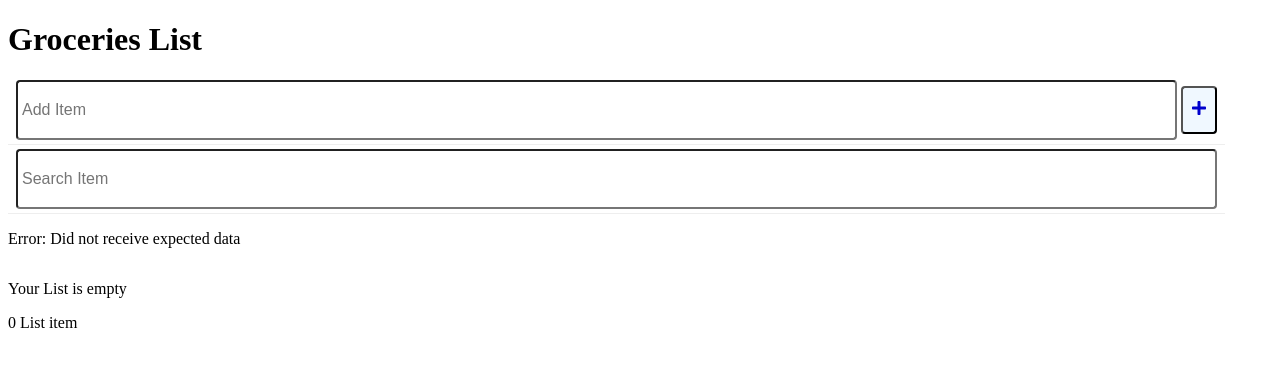
Repository: akinmiday/react-series
Page: /
An editor plug-in stored every save of this project. The page is shown before and after the next save, followed by the edit.
The browser window is 1280 px wide. The pictures show the whole page.
The page's requests for data from a server got no answer. The project was rebuilt for these pictures with package versions that can differ from the ones it lists, and the page was loaded fresh each time. No one was signed in, and anything a server would have sent is missing. Also part of the build but not shown: vite.config.js, src/LineItem.jsx, src/ItemList.jsx, src/index.css.

Above is the page before, as saved 2023-08-22 15:03:25.

### src/App.jsx
import { useState, useEffect } from 'react'
import './App.css'
import Content from './Content'
import Footer from './Footer'
import Header from './Header'
import AddItem from './AddItem'
import SearchItem from './SearchItem'

const App = () => {

  const API_URL = 'http://localhost:3500/itemss'

  const [items, setItems] = useState([])
  const [newItem, setNewItem] = useState('')
  const [search, setSearch] = useState('')
  const [fetchError, setFetchError] = useState(null)


  useEffect(() => {

    const fetchItems = async () => {
      try {
        const response = await fetch(API_URL)
        if (!response.ok) throw Error('Did not receive expected data')
        const listItems = await response.json()
        console.log(listItems)
        setItems(listItems)
        setFetchError(null)
      } catch (err) {
        setFetchError(err.message)
      }
    }

    (async () => await fetchItems())()
  }, [])



  const addItem = (item) => {
    const id = items.length ? items[items.length - 1].id + 1 : 1;
    const myNewItem = { id, checked: false, item }
    const listItems = [...items, myNewItem]
    setItems(listItems)
  }


  const handleCheck = (id) => {
    const listItems = items.map((item) => item.id === id ? { ...item, checked: !item.checked } : item)
    setItems(listItems)
  }


  const handleDelete = (id) => {
    const listItems = items.filter((item) => item.id !== id)
    setItems(listItems)
  }


  const handleSubmit = (e) => {
    e.preventDefault()
    if (!newItem) return
    addItem(newItem)
    setNewItem('')
  }

  return (
    <>
      <Header title="Groceries List" />

      <AddItem
        newItem={newItem}
        setNewItem={setNewItem}
        handleSubmit={handleSubmit}
      />

      <SearchItem
        search={search}
        setSearch={setSearch}
      />

      <main>
        {fetchError && <p>{`Error: ${fetchError}`}</p>}
        <Content
          items={items.filter(item => ((item.item).toLowerCase()).includes(search.toLowerCase()))}
          handleCheck={handleCheck}
          handleDelete={handleDelete}
        />
      </main>
      <Footer length={items.length} />
    </>
  )
}

export default App

### src/App.css
ul {
    width: 95%;
    list-style: none;
    padding: 0 0.25rem 0.25rem;
}

ul li::before{
    content: "\200B";
}

.item{
    display: flex;
    justify-content: flex-start;
    align-items: center;
    padding: 0.5rem 0 0.5rem 0.5rem;
    margin: 0.25rem 0;
    background-color: #eee;
}

.item input[type="checkbox"] {
    text-align: center;
    width: 2.5rem;
    width: 48px;
    min-width: 48px;
    height: 2.5rem;
    height: 48px;
    min-height: 48px;
    cursor: pointer;
    margin-right: 0.5rem;
}

.item input[type="checkbox"]:focus + label{
text-decoration: underline;
}

.item > label{
    font-size: 0.7rem;
    flex-grow: 1;
}

.item svg{
    width: 48px;
    min-width: 48px;
    height: 36px;
    font-size: 2px;
    color: steelblue;
    cursor: pointer;
}

.item svg:focus,
.item svg:hover{
    color: red;
    outline: none;
}

.addForm{
    width: 95%;
    display: flex;
    justify-content: flex-start;
    align-items: center;
    margin: 0.5rem 0 0;
    padding: 0 0.5rem 0.25rem;
    border-bottom: 1px solid #eee;
}

.addForm label{
    position: absolute;
    left: -99999px;
}

.addForm input[type='text']{
    flex-grow: 1;
    max-width: calc(100% - 50px);
    min-height: 48px;
    font-size: 1rem;
    padding: 0.25rem ;
    border-radius: 0.25rem;
    margin-right: 0.25rem;
    outline: none;
}

button{
    height: 48px;
    min-height: 48px;
    border-radius: 0.25rem;
    padding: 0.5rem;
    font-size: 1rem;
    background-color: aliceblue;
    color: mediumblue;
    cursor: pointer;
}

button:focus,
button:hover{
    color:white;
    background-color: limegreen;
    outline: none;
}

.searchForm {
    width: 95%;
    display: flex;
    justify-content: flex-start;
    margin: 0.25rem 0 0;
    padding: 0 0.5rem 0.25rem;
    border-bottom: 1px solid #eee;
}

.searchForm label {
    position: absolute;
    left: -9999px
}

.searchForm input[type='text']{
    flex-grow: 1;
    max-width: 100%;
    min-height: 48px;
    font-size: 1rem;
    padding: 0.25rem;
    border-radius: 0.25rem;
    outline: none;
}

### src/Content.jsx
/* eslint-disable react/prop-types */

import ItemList from "./ItemList"


const Content = ({ items, handleCheck, handleDelete }) => {

    return (
        <>
            {items.length ? (
                <ItemList
                    items={items}
                    handleCheck={handleCheck}
                    handleDelete={handleDelete}
                />
            ) : (
                <p style={{ marginTop: '2rem' }} >Your List is empty</p >
            )}
        </>
    )
}

export default Content

### src/Footer.jsx
// eslint-disable-next-line react/prop-types
const Footer = ({ length }) => {

  return (
    <div>
      <p>{length} List {length <= 1 ? "item" : "items"}  </p>
    </div>
  )
}

export default Footer

### src/Header.jsx
// eslint-disable-next-line react/prop-types
const Header = ({ title }) => {
    return (
        <header>
            <h1>{title}</h1>
        </header>
    )
}

export default Header

### src/AddItem.jsx
import { FaPlus } from "react-icons/fa"
import { useRef } from "react"

// eslint-disable-next-line react/prop-types
function AddItem({ newItem, setNewItem, handleSubmit }) {

    const inputRef = useRef()

    return (
        <form className="addForm" onSubmit={handleSubmit} >
            <label htmlFor="addItem">Add Item</label>
            <input
                autoFocus
                ref={inputRef}
                id="addItem"
                type="text"
                placeholder="Add Item"
                required
                value={newItem}
                onChange={(e) => setNewItem(e.target.value)}
            />
            <button
                type="submit"
                aria-label="Add Item"
                onClick={() => inputRef.current.focus()}
            >
                <FaPlus />
            </button>

        </form>
    )
}

export default AddItem

### src/SearchItem.jsx
// eslint-disable-next-line react/prop-types
const SearchItem = ({ search, setSearch }) => {
    return (
        <form className="searchForm" onSubmit={(e) => e.preventDefault()} >
            <label htmlFor="search" >Search</label>
            <input
                id='search'
                type='text'
                role='searchbox'
                placeholder="Search Item"
                value={search}
                onChange={(e) => setSearch(e.target.value)}
            />
        </form>
    )
}

export default SearchItem

Loaded but not shown: index.html (common file); src/main.jsx (common file)

After the next save:
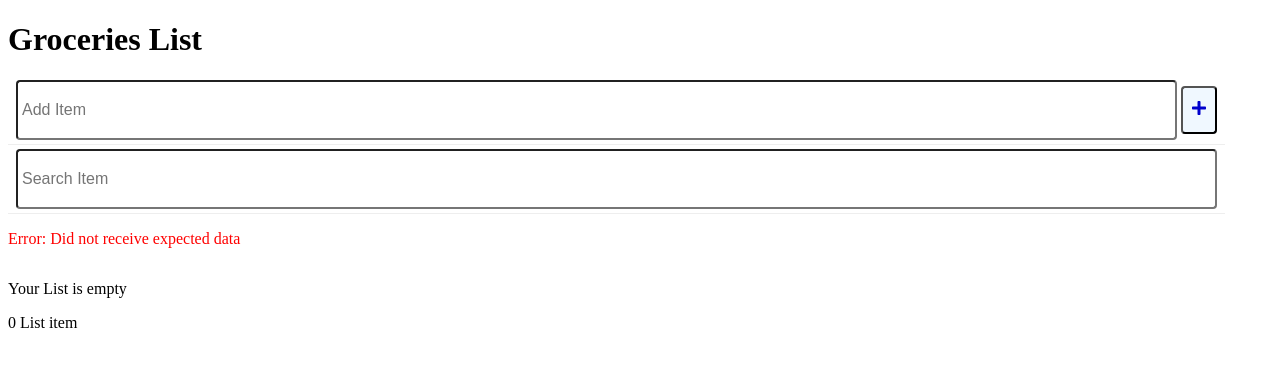
Saved 44 s later.
--- a/src/App.jsx
+++ b/src/App.jsx
@@ -79,7 +79,7 @@ const App = () => {
       />
 
       <main>
-        {fetchError && <p>{`Error: ${fetchError}`}</p>}
+        {fetchError && <p style={{ color: 'red' }}  >{`Error: ${fetchError}`}</p>}
         <Content
           items={items.filter(item => ((item.item).toLowerCase()).includes(search.toLowerCase()))}
           handleCheck={handleCheck}
